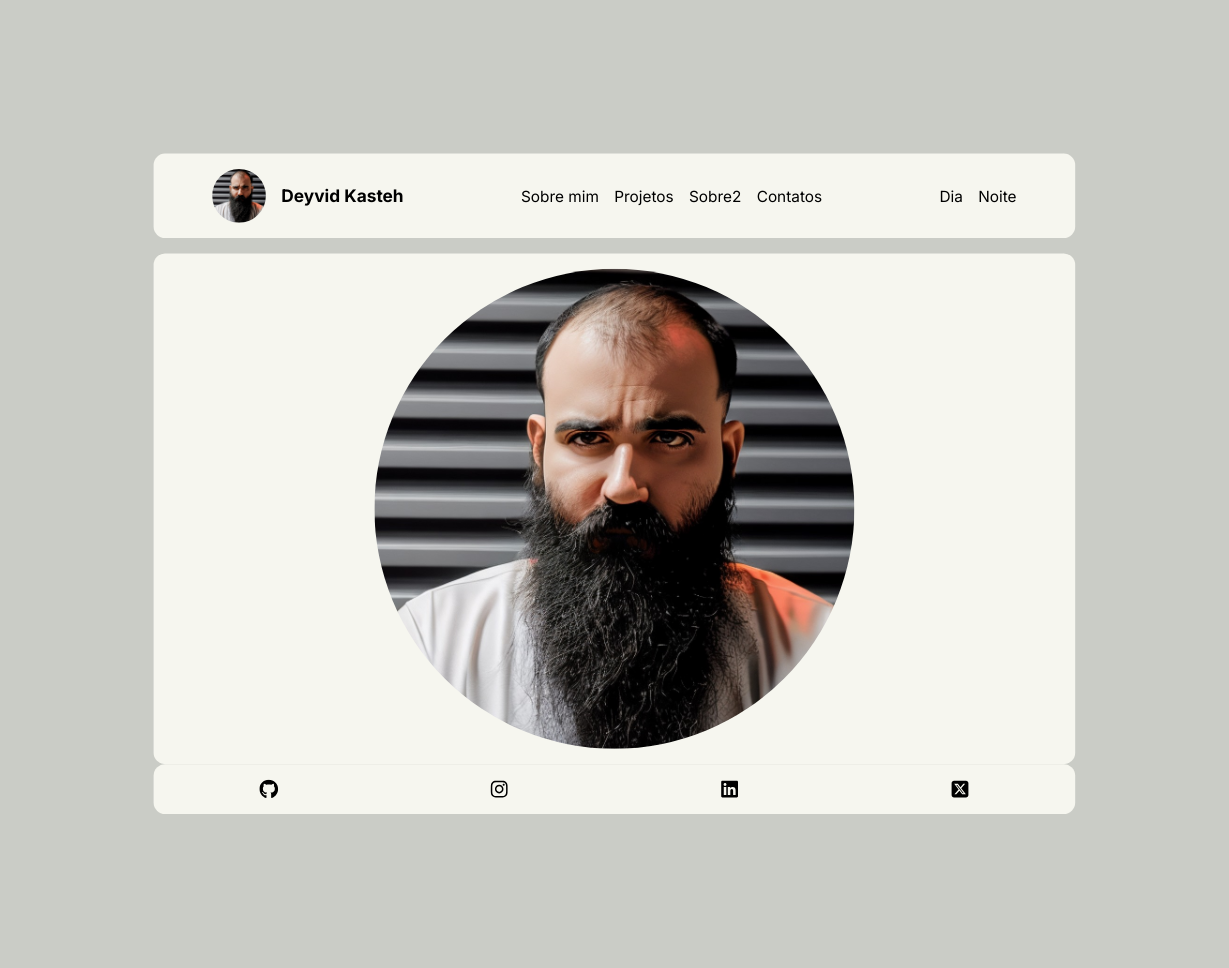
Repository: Deyvid-Kasteh/kasteh_portfolio
Page: /
These files come from the project's save history. The page is drawn as it stood at one moment and after a run of saves; the edit follows.
The browser window is 1280 px wide. The pictures show the whole page, at 96% of full size.
The project was rebuilt for these pictures with package versions that can differ from the ones it lists, and the page was loaded fresh each time. The framework's server and built-in components were replaced by stand-ins that run in the browser. Also part of the build but not shown: next.config.mjs.

Above is the page before, as saved 2024-03-26 00:20:41.

### src/app/layout.tsx
import type { Metadata } from "next";
import { Inter } from "next/font/google";
import "./globals.css";

const inter = Inter({ subsets: ["latin"] });

export const metadata: Metadata = {
  title: "Create Next App",
  description: "Generated by create next app",
};

export default function RootLayout({
  children,
}: Readonly<{
  children: React.ReactNode;
}>) {
  return (
    <html lang="pt-br">
      <body
        className={`bg-customGrayBG ${inter.className} p-4 sm:p-6 md:p-8 lg:p-10 xl:p-40`}
      >
        {children}
      </body>
    </html>
  );
}

### src/app/page.tsx
import Footer from "./components/footer";
import Header from "./components/header";
import Main from "./components/main";

export default function Home() {
  return (
    <>
      <Header />
      <Main />
      <Footer/>
    </>
  );
}

### src/app/globals.css
@tailwind base;
@tailwind components;
@tailwind utilities;

:root {
  --foreground-rgb: 0, 0, 0;
  --background-start-rgb: 214, 219, 220;
  --background-end-rgb: 0, 0, 0;
}

/* @media (prefers-color-scheme: dark) {
  :root {
    --foreground-rgb: 255, 255, 255;
    --background-start-rgb: 0, 0, 0;
    --background-end-rgb: 0, 0, 0;
  }
} */

body {
  color: "#25282B"
  /* background: linear-gradient(
      to bottom,
      transparent,
      rgb(var(--background-end-rgb))
    )
    rgb(var(--background-start-rgb)); */
}



@layer utilities {
  .text-balance {
    text-wrap: balance;
  }
}

### src/app/components/footer.tsx
import React from "react";
import {
  FaGithub,
  FaInstagram,
  FaLinkedin
} from "react-icons/fa";
import { FaSquareXTwitter } from "react-icons/fa6";

const Footer: React.FC = () => {
  return (
    <main className="bg-customGrayComponents flex justify-around items-center py-4 rounded-xl text-[20px]">
      <FaGithub />
      <FaInstagram />
      <FaLinkedin />
      <FaSquareXTwitter />
    </main>
  );
};

export default Footer;

### src/app/components/header.tsx
import React from "react";
import logo from "../../../public/deyvidKaseth.jpg";
import Image from "next/image";

const Header: React.FC = () => {
  return (
    <header className="bg-customGrayComponents flex justify-around items-center py-4 rounded-xl mb-4">
      <div className="flex items-center space-x-4">
        <Image src={logo} alt="Logo" className="rounded-full w-14 h-14" />
        <h1 className="text-lg font-bold">Deyvid Kasteh</h1>
      </div>
      <nav>
        <ul className="flex space-x-4">
          <li>
            <a href="#">Sobre mim</a>
          </li>
          <li>
            <a href="#" c>
              Projetos
            </a>
          </li>
          <li>
            <a href="#">Sobre2</a>
          </li>
          <li>
            <a href="#">Contatos</a>
          </li>
        </ul>
      </nav>
      <div className="flex space-x-4">
        <p>Dia</p>
        <p>Noite</p>
      </div>
    </header>
  );
};

export default Header;

### src/app/components/main.tsx
import React from 'react'
import MinhaFoto from './common/fotoDeyvidKasteh';

const Main: React.FC = () => {
  return (
    <main className="bg-customGrayComponents flex justify-around items-center py-4 rounded-xl">
      <MinhaFoto height={500} width={500}/>

    </main>
  );
}

export default Main

### src/app/components/common/fotoDeyvidKasteh.tsx
import React from "react"
import minhafoto from "../../../../public/deyvidKaseth.jpg"
import Image from "next/image"


interface ImageProps {
  width: number;
  height: number;
}


const MinhaFoto: React.FC<ImageProps> = ({ width, height }) => {
  return (
    <Image
      src={minhafoto}
      alt="Foto de Deyvid Kasteh"
      width={width}
      height={height}
      className="rounded-full"
    />
  );
};

export default MinhaFoto

### tailwind.config.ts
import type { Config } from "tailwindcss";

const config: Config = {
  content: [
    "./src/pages/**/*.{js,ts,jsx,tsx,mdx}",
    "./src/components/**/*.{js,ts,jsx,tsx,mdx}",
    "./src/app/**/*.{js,ts,jsx,tsx,mdx}",
  ],
  theme: {
    extend: {
      backgroundImage: {
        "gradient-radial": "radial-gradient(var(--tw-gradient-stops))",
        "gradient-conic":
          "conic-gradient(from 180deg at 50% 50%, var(--tw-gradient-stops))",
      },
      colors: {
        customGrayBG: "#CACCC6", // Definindo o background color
        customGrayComponents: "#F6F6EF",
      },
    },
  },
  plugins: [],
};
export default config;

After the next 2 saves:
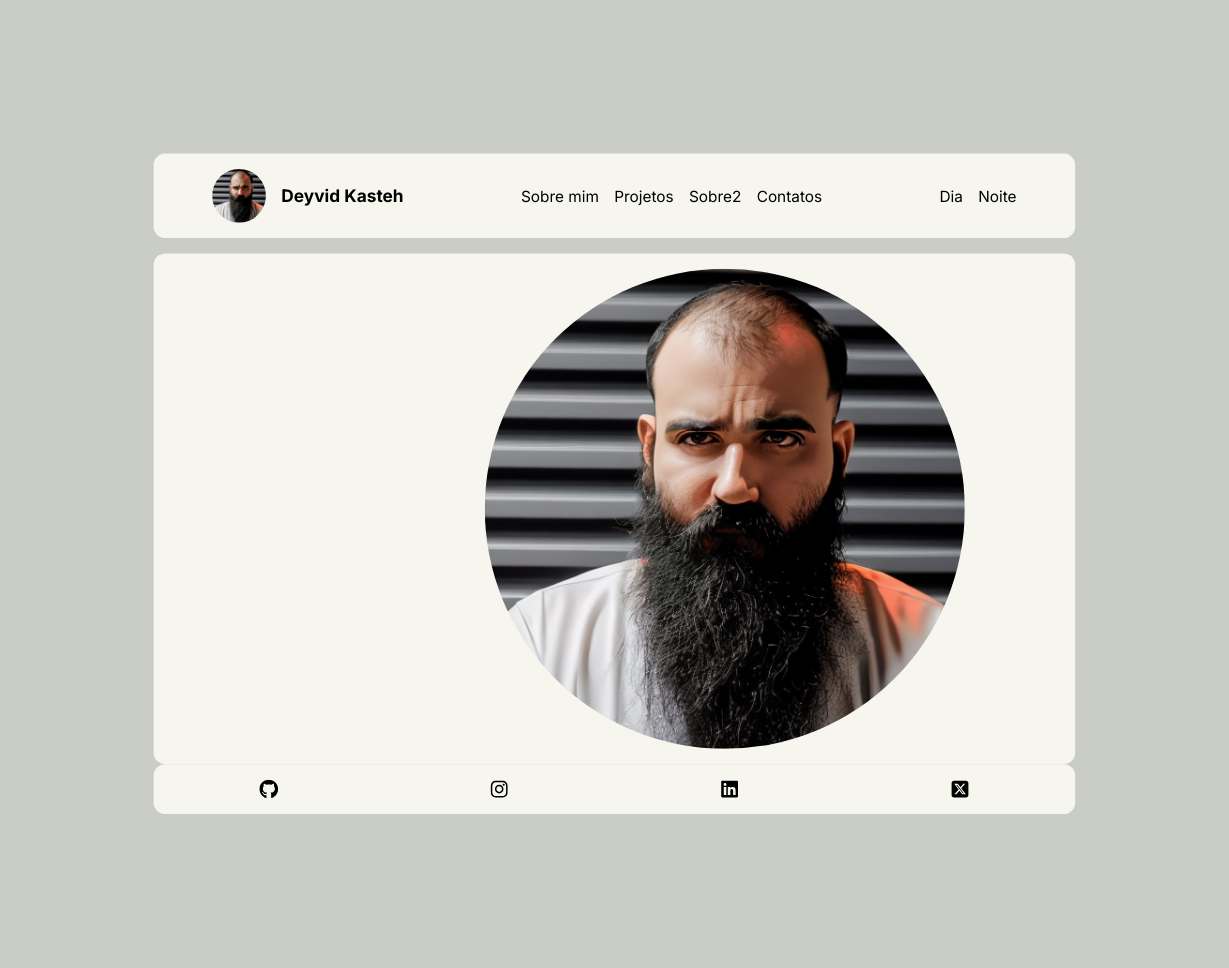
The 2 saves are shown as one change because they came seconds apart.
The last was saved 13 s later.
--- a/src/app/components/main.tsx
+++ b/src/app/components/main.tsx
@@ -4,6 +4,7 @@ import MinhaFoto from './common/fotoDeyvidKasteh';
 const Main: React.FC = () => {
   return (
     <main className="bg-customGrayComponents flex justify-around items-center py-4 rounded-xl">
+      <div></div>
       <MinhaFoto height={500} width={500}/>
 
     </main>
